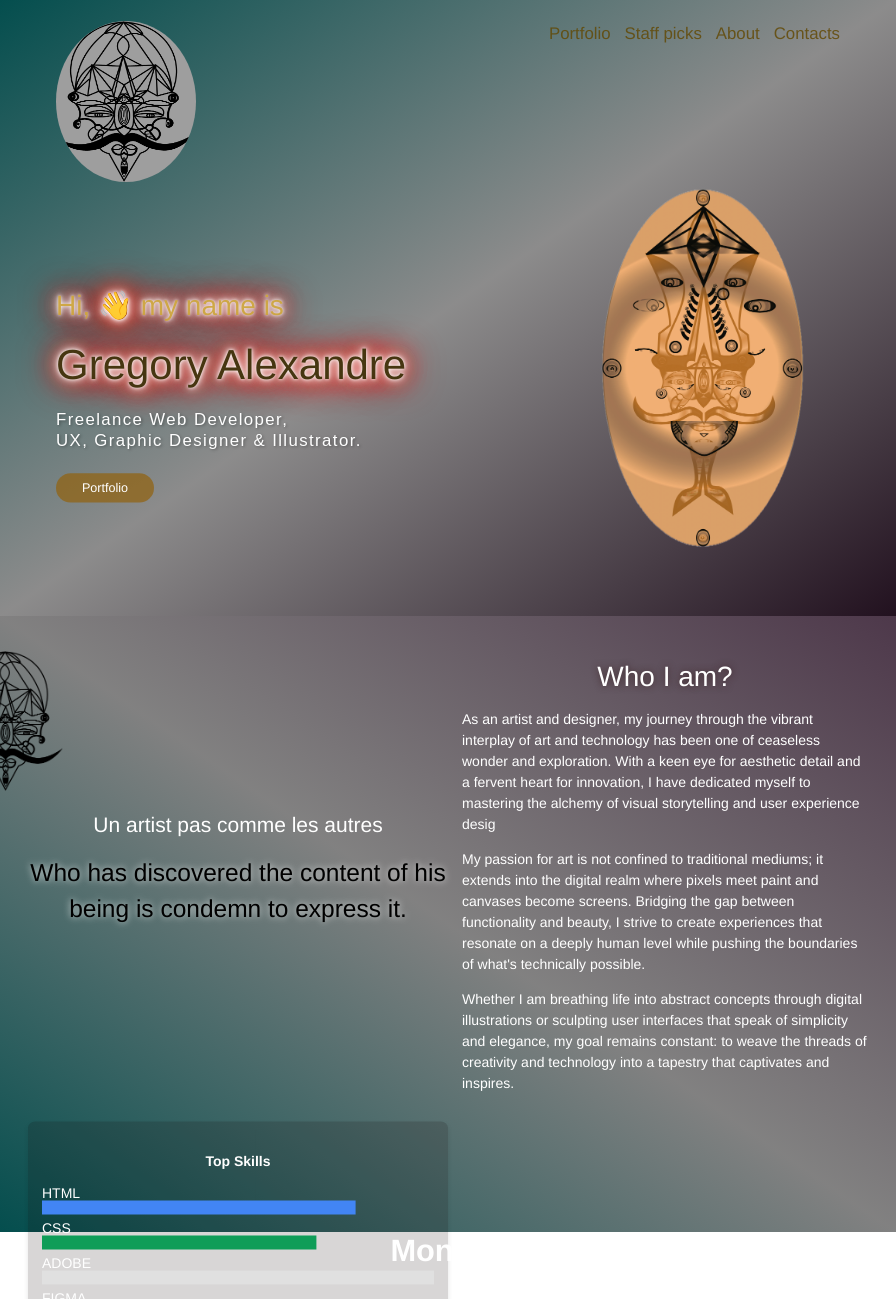
Repository: al-XLeMEsTRE/al-XLeMEsTRE
Page: index.html
An editor plug-in stored every save of this project. The page is shown before and after the next save, followed by the edit.
The browser window is 1280 px wide. The pictures show the part of the page from y = 0 to 1856 px (the page is 5520 px tall), at 70% of full size.
Pictures or frames that could not be fetched are drawn as grey boxes. A picture or video elsewhere on the page could not be fetched, so the positions and the page height are approximate.

Above is the page before, as saved 2023-11-23 19:35:28.

After the next save:
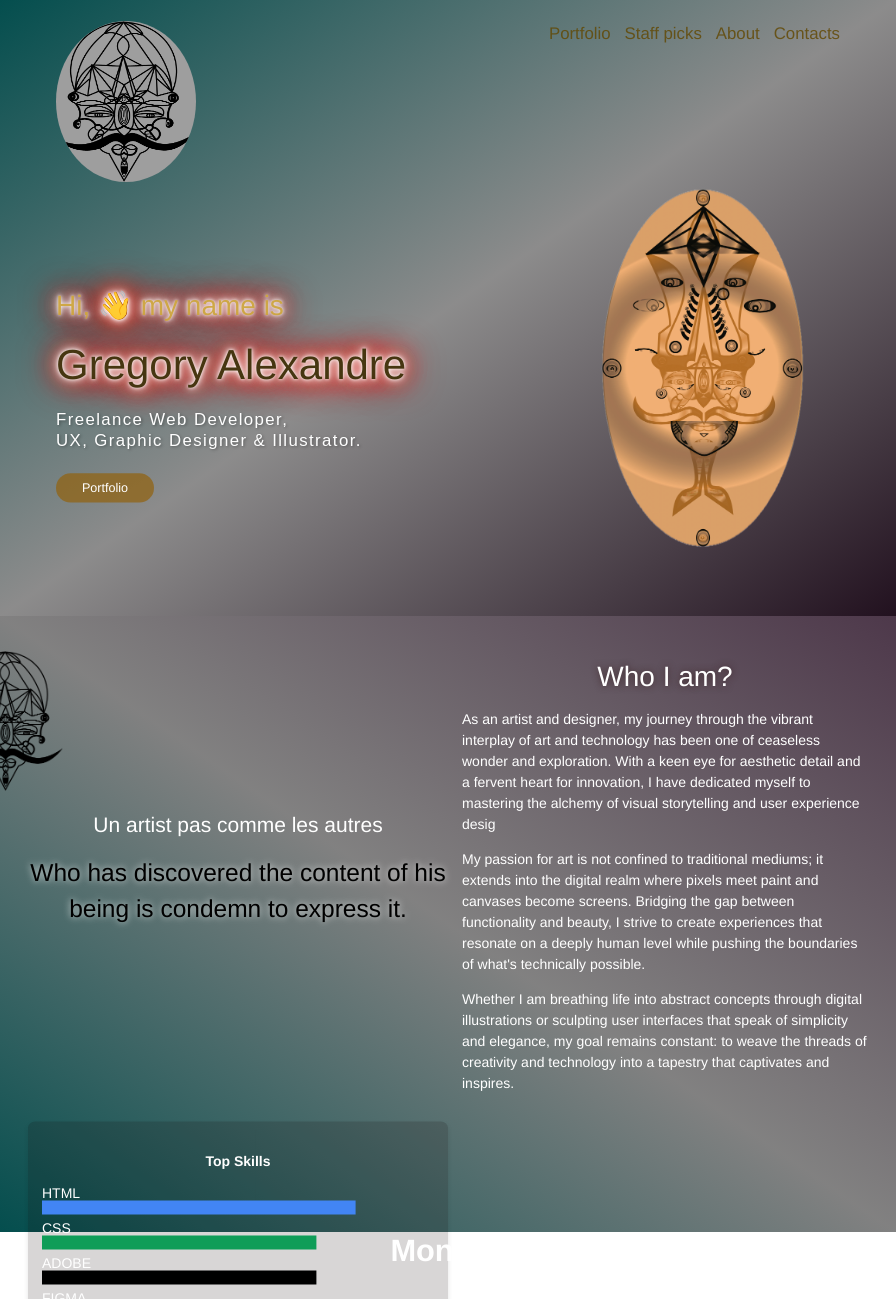
Saved 56 s later.
--- a/style/styles.css
+++ b/style/styles.css
@@ -371,6 +371,11 @@
   /* Add a transition or animation if desired */
 }
 
+.skill__level--adobe{
+  width: 70%; /* Adjust width based on skill level */
+  background-color: #000000; /* Color for CSS skill */
+  /* Add a transition or animation if desired */
+}
 /* Repeat for other skills */
 
 .skills__in-progress {
